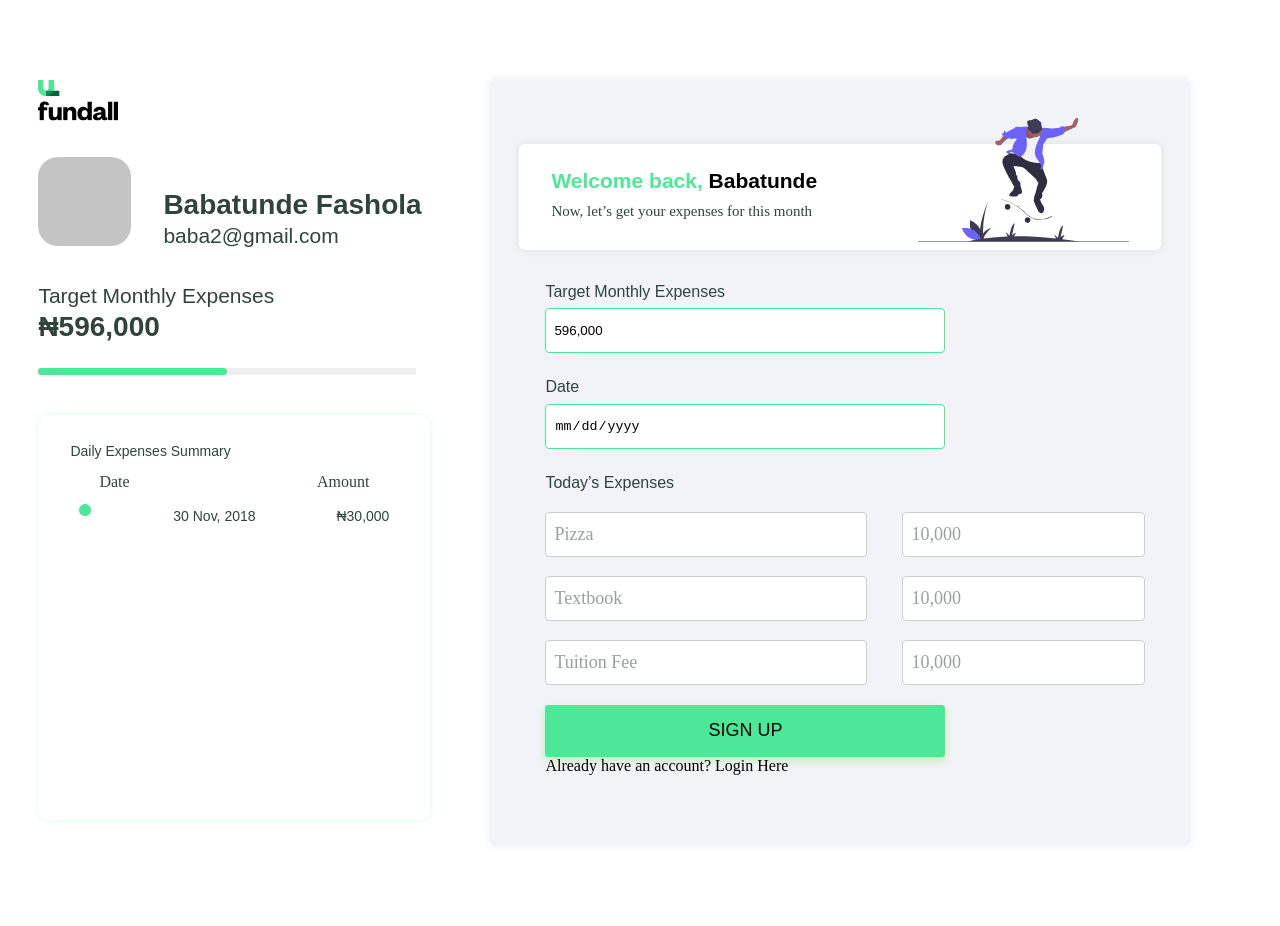
Repository: nilesjamex/niffty
Page: /dashboard
The author's editor kept a copy of each file at every save. The page is drawn from the files as they stood at one save, then again after the next save.
The browser window is 1280 px wide. The pictures show the whole page.
The project was rebuilt for these pictures with package versions that can differ from the ones it lists, and the page was loaded fresh each time. Also part of the build but not shown: src/components/Nav.vue, src/views/Home.vue, src/views/SignUp.vue, src/views/Login.vue.

Above is the page before, as saved 2022-04-17 10:28:38.

After the next save:
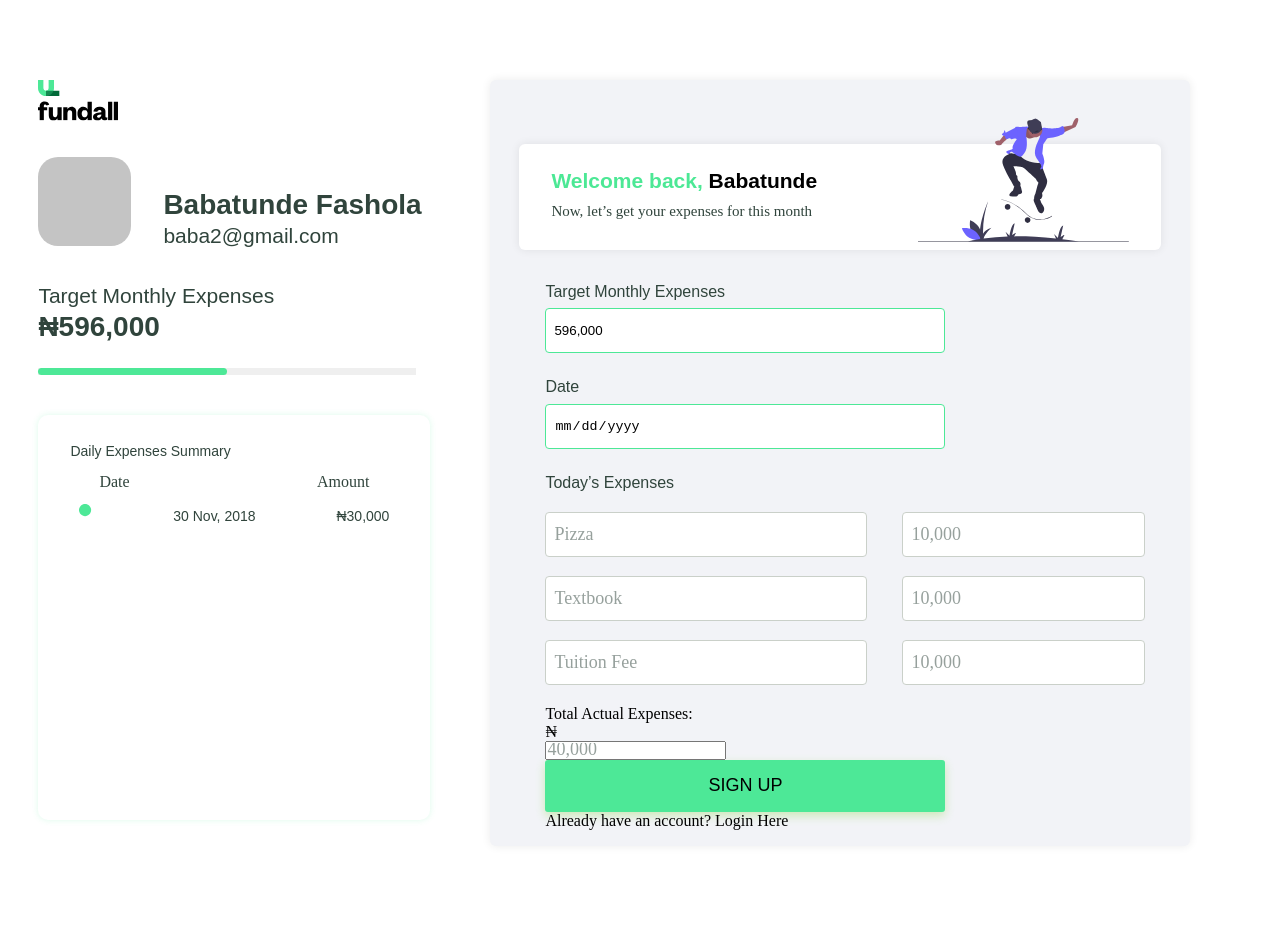
Saved 9 min 59 s later.
--- a/src/views/Dashboard.vue
+++ b/src/views/Dashboard.vue
@@ -102,6 +102,16 @@
                               <input type="number" name="" placeholder="10,000" id="">
                           </div>
                       </div>
+                      <div class="actual--expense">
+                        <div class="actual--expense--text">
+                          <p>
+                            Total Actual Expenses:
+                          </p>
+                        </div>
+                        <div class="actual--expense--input">
+                          <p>₦</p><input type="number" placeholder="40,000">
+                        </div>
+                      </div>
                       <button class="button--submit">
                           SIGN UP
                       </button>
